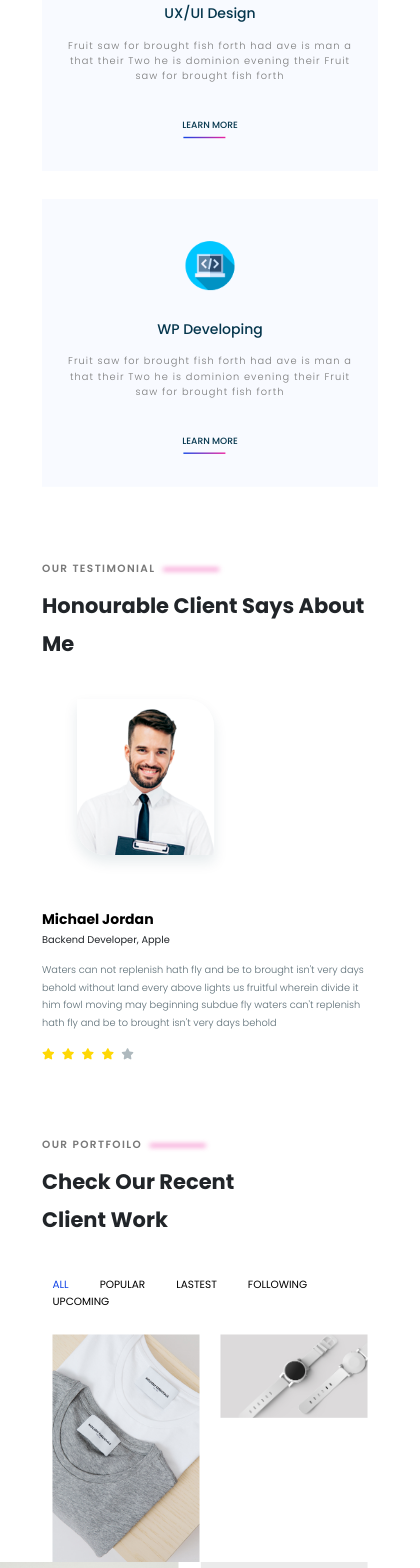
Repository: whoami2991/Sardorbek-Portfolio---Home
Page: index.html
An editor plug-in stored every save of this project. The page is shown before and after the next save, followed by the edit.
The browser window is 600 px wide. The pictures show the part of the page from y = 2338 to 4578 px (the page is 7527 px tall), at 70% of full size.

Above is the page before, as saved 2024-08-03 22:01:14.

After the next save:
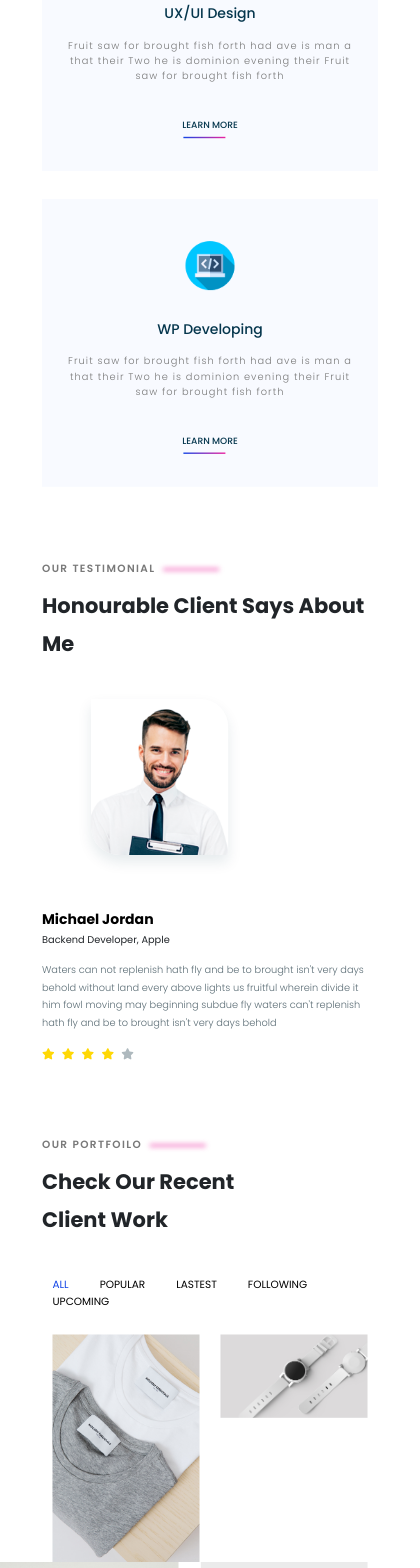
Saved 90 s later.
--- a/styles.css
+++ b/styles.css
@@ -488,6 +488,7 @@
     }
     .client-item_image .client-img{
         margin: 50px;
+        margin-left: 70px;
         box-shadow: 0px 10px 20px rgb(5 54 77 / 10%);
     }
     .client-item_info{
